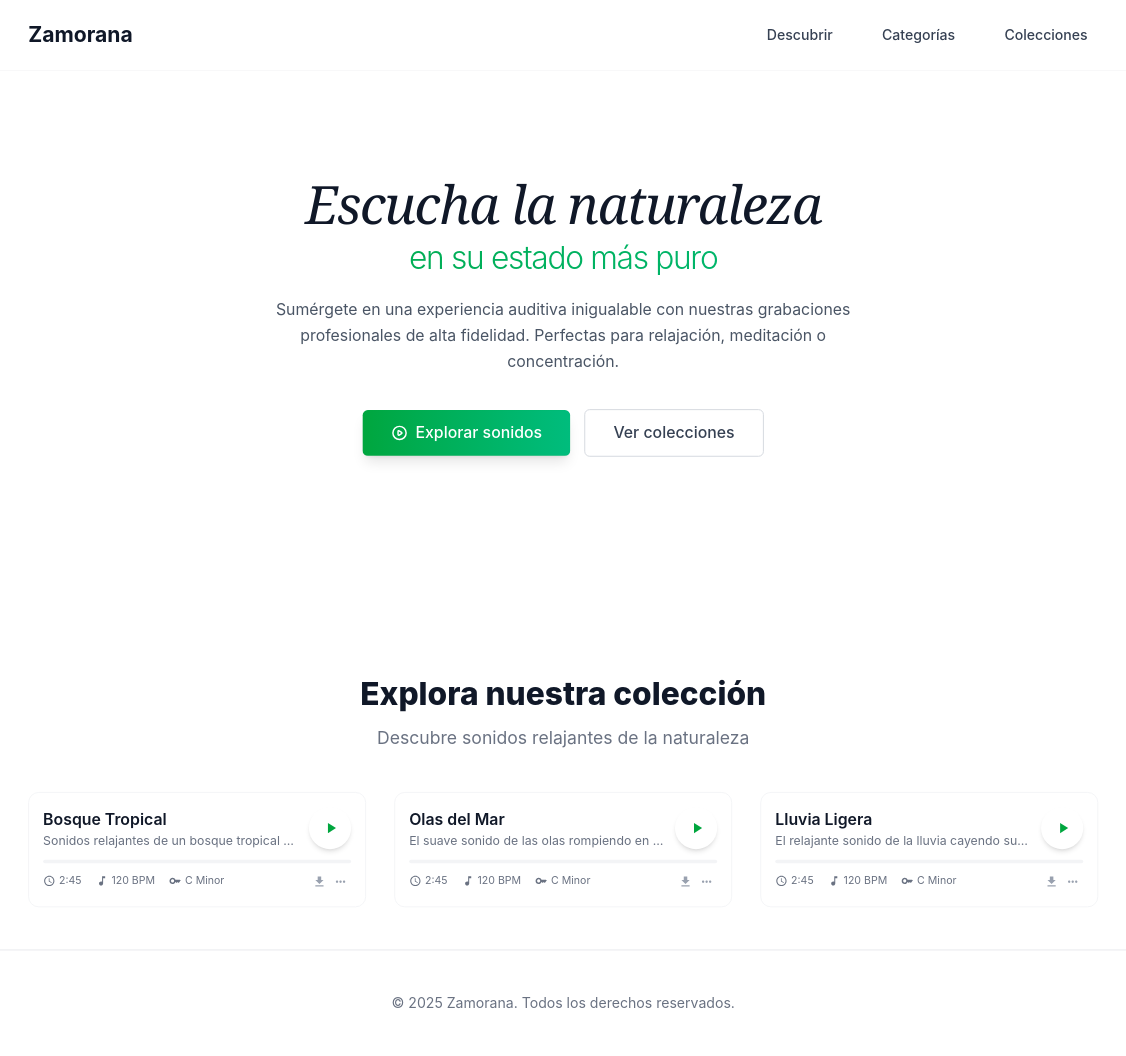
Repository: Alxre98/Zamorana
Page: /
An editor plug-in stored every save of this project. The page is shown before and after the next save, followed by the edit.
The browser window is 1280 px wide. The pictures show the whole page, at 88% of full size.
The project was rebuilt for these pictures with package versions that can differ from the ones it lists, and the page was loaded fresh each time. The framework's server and built-in components were replaced by stand-ins that run in the browser. Also part of the build but not shown: next.config.ts, src/components/molecules/Navigation/index.tsx.

Above is the page before, as saved 2025-06-13 06:02:50.

After the next save:
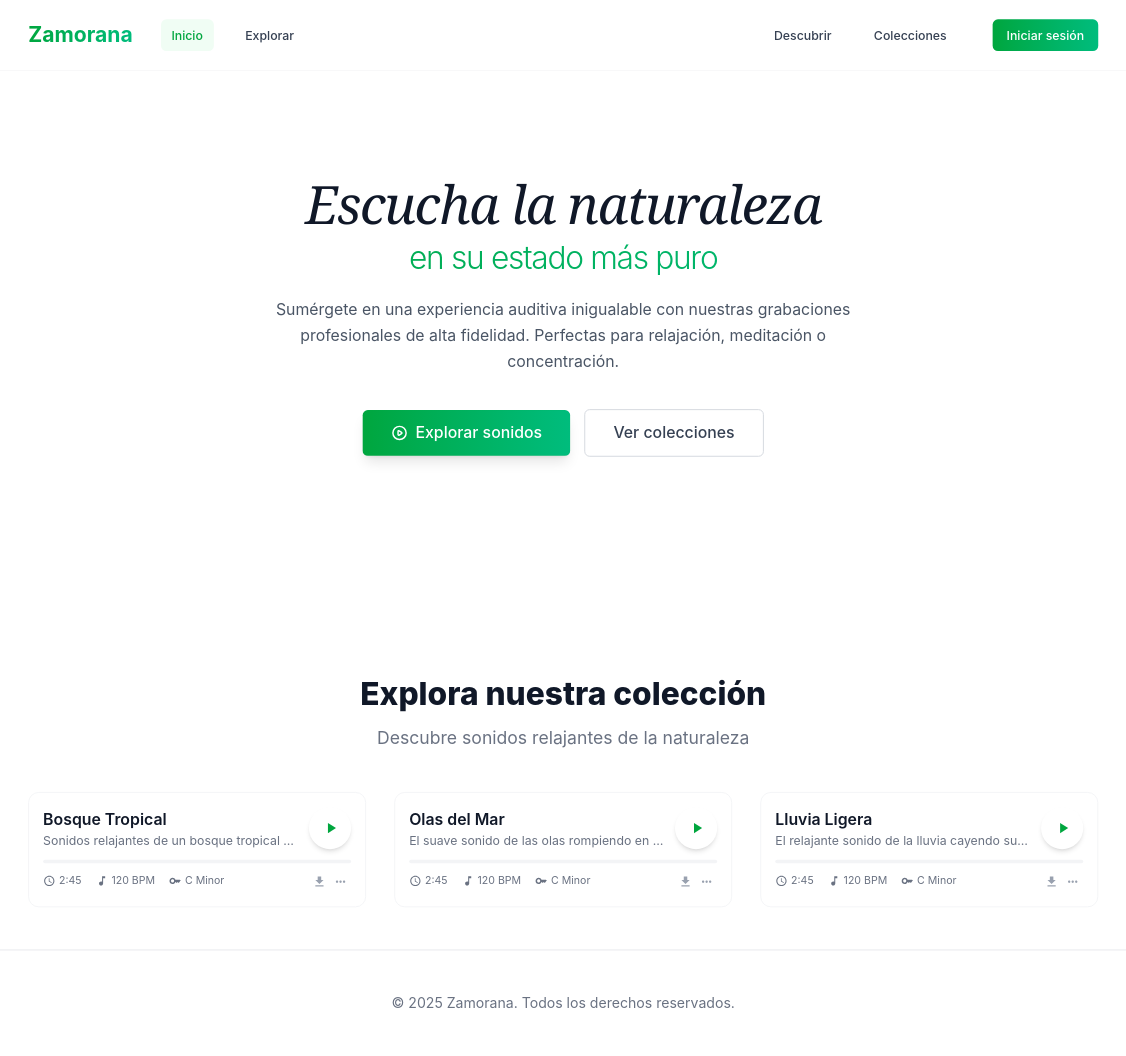
Saved 14 min 6 s later.
--- a/src/components/organisms/Header/index.tsx
+++ b/src/components/organisms/Header/index.tsx
@@ -9,36 +9,65 @@
   const pathname = usePathname();
   const [isMenuOpen, setIsMenuOpen] = useState(false);
 
-  const navItems = [
+  const leftNavItems = [
+    { name: "Inicio", href: "/" },
+    { name: "Explorar", href: "/explore" },
+  ];
+
+  const rightNavItems = [
     { name: "Descubrir", href: "/discover" },
-    { name: "Categorías", href: "/categories" },
     { name: "Colecciones", href: "/collections" },
   ];
 
   return (
-    <header className="fixed w-full z-50 bg-white border-b border-gray-100">
+    <header className="fixed w-full z-50 bg-white/80 backdrop-blur-sm border-b border-gray-100">
       <div className="max-w-7xl mx-auto px-4 sm:px-6 lg:px-8">
         <div className="flex justify-between items-center h-20">
-          {/* Logo */}
-          <Link href="/" className="flex items-center">
-            <span className="text-2xl font-bold text-gray-900">Zamorana</span>
-          </Link>
+          {/* Left Section */}
+          <div className="flex items-center space-x-8">
+            {/* Logo */}
+            <Link href="/" className="flex items-center">
+              <span className="text-2xl font-bold bg-gradient-to-r from-green-600 to-emerald-500 bg-clip-text text-transparent">
+                Zamorana
+              </span>
+            </Link>
 
-          {/* Desktop Navigation */}
-          <nav className="hidden md:flex items-center space-x-8">
-            {navItems.map((item) => (
+            {/* Left Navigation - Desktop */}
+            <nav className="hidden md:flex items-center space-x-6">
+              {leftNavItems.map((item) => (
+                <Link
+                  key={item.name}
+                  href={item.href}
+                  className={`text-sm font-medium transition-colors px-3 py-2 rounded-md ${
+                    pathname === item.href
+                      ? "text-green-600 bg-green-50"
+                      : "text-gray-700 hover:text-green-600"
+                  }`}
+                >
+                  {item.name}
+                </Link>
+              ))}
+            </nav>
+          </div>
+
+          {/* Right Navigation - Desktop */}
+          <nav className="hidden md:flex items-center space-x-6">
+            {rightNavItems.map((item) => (
               <Link
                 key={item.name}
                 href={item.href}
-                className={`relative text-base font-medium transition-colors px-3 py-2 ${
+                className={`text-sm font-medium transition-colors px-3 py-2 rounded-md ${
                   pathname === item.href
-                    ? "text-green-600"
+                    ? "text-green-600 bg-green-50"
                     : "text-gray-700 hover:text-green-600"
                 }`}
               >
                 {item.name}
               </Link>
             ))}
+            <button className="ml-4 px-4 py-2 text-sm font-medium text-white bg-gradient-to-r from-green-600 to-emerald-500 rounded-md hover:opacity-90 transition-opacity">
+              Iniciar sesión
+            </button>
           </nav>
 
           {/* Mobile menu button */}
@@ -66,24 +95,61 @@
         {/* Mobile menu */}
         {isMenuOpen && (
           <div
-            id="mobile-menu"
-            className="md:hidden bg-white border-t border-gray-100"
+            className={`md:hidden transition-all duration-300 ease-in-out ${
+              isMenuOpen
+                ? "opacity-100 h-auto"
+                : "opacity-0 h-0 overflow-hidden"
+            }`}
           >
-            <div className="px-4 py-2 space-y-1">
-              {navItems.map((item) => (
-                <Link
-                  key={item.name}
-                  href={item.href}
-                  className={`block px-4 py-3 text-base font-medium ${
-                    pathname === item.href
-                      ? "text-green-600"
-                      : "text-gray-700 hover:text-green-600"
-                  }`}
-                  onClick={() => setIsMenuOpen(false)}
-                >
-                  {item.name}
-                </Link>
-              ))}
+            <div className="px-4 pt-2 pb-4 space-y-1 bg-white border-t border-gray-100">
+              {/* Left Navigation - Mobile */}
+              <div className="space-y-1">
+                <h3 className="px-3 pt-3 text-xs font-semibold text-gray-500 uppercase tracking-wider">
+                  Navegación
+                </h3>
+                {leftNavItems.map((item) => (
+                  <Link
+                    key={item.name}
+                    href={item.href}
+                    className={`block px-3 py-2 rounded-md text-base font-medium ${
+                      pathname === item.href
+                        ? "bg-green-50 text-green-600"
+                        : "text-gray-700 hover:bg-gray-50 hover:text-green-600"
+                    }`}
+                    onClick={() => setIsMenuOpen(false)}
+                  >
+                    {item.name}
+                  </Link>
+                ))}
+              </div>
+
+              {/* Right Navigation - Mobile */}
+              <div className="space-y-1 pt-2 border-t border-gray-100">
+                <h3 className="px-3 pt-2 text-xs font-semibold text-gray-500 uppercase tracking-wider">
+                  Explora
+                </h3>
+                {rightNavItems.map((item) => (
+                  <Link
+                    key={item.name}
+                    href={item.href}
+                    className={`block px-3 py-2 rounded-md text-base font-medium ${
+                      pathname === item.href
+                        ? "bg-green-50 text-green-600"
+                        : "text-gray-700 hover:bg-gray-50 hover:text-green-600"
+                    }`}
+                    onClick={() => setIsMenuOpen(false)}
+                  >
+                    {item.name}
+                  </Link>
+                ))}
+              </div>
+
+              {/* Auth Button - Mobile */}
+              <div className="pt-2 border-t border-gray-100">
+                <button className="w-full mt-2 px-4 py-2 text-base font-medium text-white text-center bg-gradient-to-r from-green-600 to-emerald-500 rounded-md hover:opacity-90">
+                  Iniciar sesión
+                </button>
+              </div>
             </div>
           </div>
         )}
